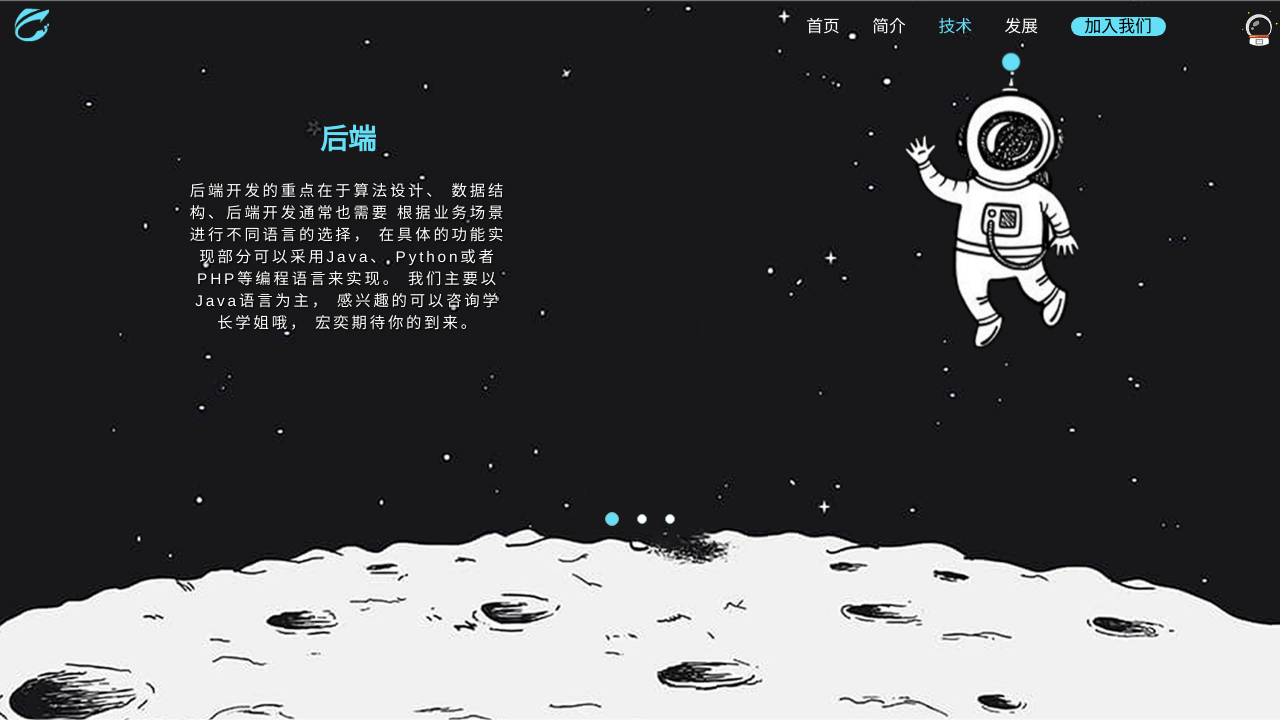
Repository: Homyit20/website
Page: /#/technique
These files come from the project's save history. The page is drawn as it stood at one moment and after the next save; the edit follows.
The browser window is 1280 px wide. The pictures show the whole page.
The project was rebuilt for these pictures with package versions that can differ from the ones it lists, and the page was loaded fresh each time. Also part of the build but not shown: vue.config.js.

Above is the page before, as saved 2021-08-10 22:01:15.

### public/index.html
<!DOCTYPE html>
<html lang="">
  <head>
    <meta charset="utf-8">
    <meta http-equiv="X-UA-Compatible" content="IE=edge">
    <meta name="viewport" content="width=device-width,initial-scale=1.0">
    <link rel="icon" href="<%= BASE_URL %>favicon.ico">
    <!-- <title><%= htmlWebpackPlugin.options.title %></title> -->
    <title><%= htmlWebpackPlugin.options.title %></title>
    <style>
      *{
        cursor: url("火箭.ico"),auto;
      }
      .body{
        overflow-x: hidden;
      }
    </style>
  </head>
  <body class="body">
    <noscript>
      <strong>We're sorry but <%= htmlWebpackPlugin.options.title %> doesn't work properly without JavaScript enabled. Please enable it to continue.</strong>
    </noscript>
    <div id="app"></div>
    <!-- built files will be auto injected -->
  </body>
</html>

### src/main.js
import Vue from 'vue'
import App from './App.vue'
import router from './router'
import store from './store'
// import VueCookies from 'vue-cookies'
// import axios from 'axios'
// import VueAxios from 'vue-axios'
import 'animate.css/animate.min.css'
// Vue.use(VueCookies)
// Vue.use(VueAxios, axios);

Vue.config.productionTip = false

new Vue({
  router,
  store,
  render: h => h(App),
}).$mount('#app')

//报名成功或者已报名才可进入二维码页面
router.beforeEach((to, from, next) => {
  //路由导航
  if (to.meta.islogin) {

    if (store.state.success == 1) {
      next()
    } else {
      next({
        path: from.path
      })
    }
  } else {

    if (to.meta.islogin) {
      if (store.state.success == 1) {
        next()
      } else {
        next({
          path: from.path
        })
      }
    } else {
      next()
    }
  }
})
window.onload = function(){
  document.title = "HOMYIT STUDIO"
}

### src/App.vue
<template>
  <div id="app">
    <router-view></router-view>
  </div>
</template>

<script>
// import NavBar from "./components/enter/enter.vue"
export default {
  name: "App"
};
</script>

<style>
* {
  margin: 0;
  padding: 0;
  box-sizing: border-box;
}
html {
  font-size: 14px;
}
#app {
  font-family: Avenir, Helvetica, Arial, sans-serif;
}
</style>

### src/store/index.js
import Vue from 'vue'
import Vuex from 'vuex'

Vue.use(Vuex)

const store = new Vuex.Store({
    state : {
        success : 0,
        isnav : false
    },
    mutations : {
        judge(state){
            state.success = 1
        }
    }
})

export default store;

### src/views/technique.vue
<template>
    <div class="tech-contain">
        <NavBar></NavBar>
        <img class="tech-background" src="../assets/techlogin/images/背景.png">
        <div class="tech-content">
            <div class="tech-box" @touchstart.passive="touchstartdeal">
              <ul class="tech-list">
                <li class="after-details">
                    <div class="tech-after-text tech-text">
                        <h1>后端</h1>
                        <p>
                            后端开发的重点在于算法设计、
                            数据结构、后端开发通常也需要
                            根据业务场景进行不同语言的选择，
                            在具体的功能实现部分可以采用Java、
                            Python或者PHP等编程语言来实现。
                            我们主要以Java语言为主，
                            感兴趣的可以咨询学长学姐哦，
                            宏奕期待你的到来。
                        </p>
                    </div>
                    <div class="tech-after-people">
                        <img src="../assets/techlogin/images/宇航员1.png" class="tech-people">
                    </div>
                </li>
                <li class="before-details">
                    <div class="tech-before-people">
                        <img src="../assets/techlogin/images/宇航员2_03.png" class="tech-people">
                    </div>
                    <div class="tech-before-text tech-text">
                        <h1>前端</h1>
                        <p>
                            前端主要使用 HTML、CSS、JavaScript等
                            专业技能和工具将产品UI设计稿实现成
                            网站产品，涵盖用户PC端、移动端网页
                            处理视觉和交互问题。前端工程师也是
                            互联网时代软件产品研发中不可缺少的
                            一种专业研发角色,快来宏奕学习前端吧。
                        </p>
                    </div>
                </li>
                <li class="ui-details">
                    <div class="tech-ui-text tech-text">
                        <h1>UI</h1>
                        <p>
                            UI负责软件界面的美术设计、创意工作
                            和制作工作；根据各种相关软件的用户群，
                            提出构思新颖有高度吸引力的创意设计；
                            对软件人机交互、操作逻辑、界面美观进行
                            整体设计。UI设计可以让软件变得有个性有品味。
                            快来加入宏奕,让我们一起设计出奇妙又美观的页面吧，
                        </p>
                    </div>
                    <div class="tech-ui-people">
                        <img src="../assets/techlogin/images/宇航员3_03.png" class="tech-people">
                    </div>
                </li>
              </ul>
            </div>
            <div class="tech-slide"><img src="../assets/techlogin/images/滑动.png"></div>
            <ul class="tech-select-list">
                <li class="tech-select-circle tech-select-active" @click='scroll(0)'></li>
                <li class="tech-select-circle" @click='scroll(1)'></li>
                <li class="tech-select-circle" @click='scroll(2)'></li>
            </ul>
        </div>
    </div>
</template>

<script>
  import NavBar from '../components/common/nav.vue'
  let before = 0;
  let after = 0;
  let techtime = null;
  let touchvalue = 0;

  //禁止下拉刷新
  document.body.addEventListener('touchmove', function(e){
      e.preventDefault();
  }, {passive : false})
  export default {
    name : 'Technique',
    data(){
        return {
            techmove : 40
        }
    },
    components : {
        NavBar
    },
    //挂载变量以便对象使用
    created(){
        this.touchdata = {
            touchstartX : null,
            touchstartY : null,
            touchmoveX : null,
            touchmoveY : null,
            touchscrollX : null,
            touchscroolY : null,
            touchdirection : null
        }
    },
    mounted(){
        // 重新进入此组件后 让after before为0
        before = 0;
        after = 0;
    },
    methods:{
        //轮播图制作
        scroll(value){
            before = after;
            after = value;
            let techniqueul = document.getElementsByClassName('tech-list')[0];
            let techniquebox = document.getElementsByClassName('after-details')[0];
            let techniquewidth = techniquebox.offsetWidth;
            let techniqueli = document.getElementsByClassName('tech-select-circle');
            //根据屏幕大小调节移动距离
            if(techniquewidth >= 800){
                this.techmove = 20;
            }else{
                this.techmove = 4;
            }

            //改变圆圈的样式
            techniqueli[before].classList.remove('tech-select-active');
            techniqueli[after].classList.add('tech-select-active');

            //控制内容的轮播
            clearInterval(techtime);
            techtime = setInterval(() =>{
                if(after > before){
                    if(techniqueul.offsetLeft <= -techniquewidth*value + this.techmove){
                        clearInterval(techtime);
                    }
                    techniqueul.style.left = techniqueul.offsetLeft - this.techmove + 'px';
                }else if(before == after){
                    techniqueul.style.left = -techniquebox.offsetWidth*value + 'px';
                     clearInterval(techtime);
                }
                else{
                      if(techniqueul.offsetLeft >= -techniquewidth*value -this.techmove){
                        clearInterval(techtime);
                      }
                      techniqueul.style.left = techniqueul.offsetLeft + this.techmove + 'px';
                }
            },3)

            //屏幕缩放
            window.onresize = function(){
                let techniquewidth = techniquebox.offsetWidth;
                techniqueul.style.left = -techniquewidth*value + 'px';
                if(techniquewidth >= 800){
                    this.techmove = 20;
                }else{
                    this.techmove = 4;
                }
            }
        },
        //移动端手指滑动效果制作
        touchstartdeal(e){
            let techniqueul = document.getElementsByClassName('tech-list')[0];
            //啥叫第一个touches?
            let touchstart = e.targetTouches[0];
            this.touchstartX = touchstart.clientX;
            this.touchstartY = touchstart.clientY;
            //监听touchmove touchend
            techniqueul.addEventListener('touchmove', this.touchmovedeal,false);
            techniqueul.addEventListener('touchend', this.touchenddeal, false);
        },
        touchmovedeal(event){
            //当屏幕有多个touch或者页面被缩放过，就不执行move操作
            let techniquebox = document.getElementsByClassName('after-details')[0];
            let techniquewidth = techniquebox.offsetWidth;
            if (event.targetTouches.length > 1 || event.scale && event.scale !== 1) return;
            let techniqueul = document.getElementsByClassName('tech-list')[0];
            let touchmove = event.targetTouches[0];
            this.touchmoveX = touchmove.clientX;
            this.touchmoveY = touchmove.clientY;
            this.touchscrollX = this.touchmoveX - this.touchstartX;
            this.touchscrollY = this.touchmoveY - this.touchstartY;
            this.touchdirection = Math.abs(this.touchscrollX) > Math.abs(this.touchscrollY) ? 1 : 0;
            //竖滑阻止默认事件
           //需要判断是否事件可以被取消
            if(this.touchdirection == 0 && event.cancelable){
                event.preventDefault()
                techniqueul.style.left = -techniquewidth*touchvalue + 'px';
                //默认事件是滚动
            }
            techniqueul.style.left = techniqueul.offsetLeft + this.touchscrollX + 'px';
        },
        touchenddeal(){
            let techniqueul = document.getElementsByClassName('tech-list')[0];
            let techniquebox = document.getElementsByClassName('after-details')[0];
            let techniquewidth = techniquebox.offsetWidth;
            let techniqueli = document.getElementsByClassName('tech-select-circle');
            if(this.touchscrollX < 0){
                //小于20滑动
                if(this.touchscrollX < -30){
                    //touchvalue值改变之前，移除前一个圈圈的样式，同步before
                    touchvalue = after
                    techniqueli[touchvalue].classList.remove('tech-select-active');
                    before = touchvalue;
                    touchvalue++;
                    techniqueul.style.left = -techniquewidth*touchvalue + 'px';
                    if(touchvalue > 2){
                        touchvalue = 0;
                        techniqueul.style.left = -techniquewidth*touchvalue + 'px';
                    }
                    techniqueli[touchvalue].classList.add('tech-select-active');
                    //同步网页端小圆圈和轮播
                    after = touchvalue;
                    techniqueli[before].classList.remove('tech-select-active');
                    techniqueli[after].classList.add('tech-select-active');
                    window.onresize = function(){
                    let techniquewidth = techniquebox.offsetWidth;
                    techniqueul.style.left = -techniquewidth*after + 'px';
                    }
                    //清除数据残留
                    this.touchscrollX = 0;
                }else{
                    techniqueul.style.left = -techniquewidth*touchvalue + 'px';
                }
            }
            if(this.touchscrollX > 0 ){
                //大于20滑动
                if(this.touchscrollX > 30){
                    //点完后滑动后 touch value before同步
                    touchvalue = after
                    techniqueli[touchvalue].classList.remove('tech-select-active');
                    before = touchvalue;
                    touchvalue--;
                    techniqueul.style.left = -techniquewidth*touchvalue + 'px';
                    if(touchvalue < 0){
                        touchvalue = 2;
                        techniqueul.style.left = -techniquewidth*touchvalue + 'px';
                    }
                    techniqueli[touchvalue].classList.add('tech-select-active');
                    //after与圆圈样式 移动位置同步
                    after = touchvalue;
                    techniqueli[before].classList.remove('tech-select-active');
                    techniqueli[after].classList.add('tech-select-active');
                    window.onresize = function(){
                    let techniquewidth = techniquebox.offsetWidth;
                    techniqueul.style.left = -techniquewidth*after + 'px';
                    }
                    //清除数据残留
                    this.touchscrollX = 0;
                }else{
                    techniqueul.style.left = -techniquewidth*touchvalue + 'px';
                }
                //取消监听 放在其他页面滑动造成连动效果
                techniqueul.removeEventListener('touchmove', this.touchmovedeal,false);
                techniqueul.removeEventListener('touchend', this.touchenddeal, false);
            }
        }
    }
}
</script>

<style>
  /* 背景设置 */
  .tech-contain .tech-background{
      position: absolute;
       top: 0;
      width: 100vw;
      height: 100%;
      object-fit: cover;
      z-index: -100;
    }


  .tech-contain .tech-content{
      width: 100vw;
      height: 100vh;
      display: flex;
      flex-direction: column;
      align-items: center;
    }

    /* 介绍部分 */
    /* 没有这个盒子包裹 怎么ul回跑呢 */
    .tech-box{
        position: relative;
        width: 100vw;
        min-height: 30rem;
        overflow: hidden;
        top: 2vh;
    }
    .tech-slide{
        position: absolute;
        bottom: 25vh;
        right: 0;
        display: none;
    }
  .tech-content .tech-list{
      position: absolute;
      left: 0;
      display: flex;
      align-items: center;
      justify-content: flex-start;
      width: 350rem;
      height: 100%;
      margin: 0;
      padding: 0;
  }

  /* 字体统一设置 */
  .tech-list h1{
      text-align: center;
      color: #65dff5;
  }
  .tech-list  p{
      padding-top: 1.5rem;
      text-align: center;
      color: #fff;
      font-size: 1.1rem;
      letter-spacing: 0.2rem;
      text-shadow: 1px 1px 2px #000;
  }

    /* 移动端响应式 */

    @media screen and (max-width : 500px) {
        .tech-box{
          top: 8vh;
    }
        .after-details,
        .before-details,
        .ui-details{
            display: flex;
            flex-direction: column;
            align-items: center;
            width: 100vw;
        }
        .tech-list p {
            font-size: 0.9rem;
        }
        .tech-people{
            width: 10rem;
        }
        .tech-contain .tech-content .tech-select-list{
            position: absolute;
            bottom: 20vh;
        }
        .tech-slide{
            display: block;
        }
    }

  /* 后端部分 */

 .tech-list .after-details{
      display: flex;
      justify-content: space-around;
      align-items: center;
      width: 100vw;
      height: 100%;
  }
  .after-details .tech-after-text{
      width: 23rem;
      /* background-color: green; */
  }
  .after-details .tech-after-people img{
      max-width: 15rem;
      animation: animate 2s infinite ease-in-out;
  }



   /* 前端部分 */
  .tech-list .before-details{
      display: flex;
      justify-content: space-around;
      align-items: center;
      width: 100vw;
      height: 100%;
  }
    .before-details .tech-before-text{
      width: 23rem;
      /* background-color: green; */
    }
    .before-details .tech-before-people img{
      max-width: 15rem;
      animation: animate 2s infinite ease-in-out;
    }

    /* ui部分 */
    .tech-list .ui-details{
      display: flex;
      justify-content: space-around;
      align-items: center;
      width: 100vw;
      height: 100%;
  }
    .ui-details .tech-ui-text{
      width: 23rem;
      /* background-color: green; */
    }
    .ui-details .tech-ui-people img{
      max-width: 15rem;
      animation: animate 2s infinite ease-in-out;
    }

     /* 动画效果 */

     @keyframes animate{
         0%{
             transform: translateY(1rem);
         }
         50%{
             transform: translateY(-1.1rem);
         }
         100%{
             transform: translateY(1rem);
         }
     }
    /* 小圈圈 */
    .tech-content .tech-select-list{
        position: absolute;
        bottom: 27vh;
        width: 5rem;
        display: flex;
        justify-content: space-between;
        align-items: center;
        list-style: none;
        margin: 0;
        padding: 0;
    }
    /* 当屏幕大于1500px时 */
    @media screen and (min-width : 1500px){
       .tech-box{
            top: 4rem;
        }
        .tech-box .tech-text{
            width: 32rem;
        }
        .tech-list p {
            font-size: 1.5rem;
        }
        .tech-people{
            width: 18rem;
        }
        .tech-select-list .tech-select-circle{
           width: 1rem;
           height: 1rem;
           border-radius: 50%;
           background-color: #fff;
           border: 1px solid #8da7a9;
        }
        .tech-select-list .tech-select-active{
           width: 1.4rem;
           height: 1.4rem;
           border-radius: 50%;
           background-color: #65dff5;
           border: 1px solid #8da7a9;
        }
    }
        .tech-select-circle{
          width: 0.7rem;
          height: 0.7rem;
          border-radius: 50%;
          background-color: #fff;
          border: 1px solid #8da7a9;
        }
        .tech-select-active{
           width: 1rem;
           height: 1rem;
           border-radius: 50%;
           background-color: #65dff5;
           border: 1px solid #8da7a9;
        }

    /* 改变placeholder的颜色 */

  ::-webkit-input-placeholder { /* WebKit browsers */
      color: rgb(156, 154, 154);
  }

  ::-moz-placeholder { /* Mozilla Firefox 19+ */
    color: rgb(156, 154, 154);
  }

  :-ms-input-placeholder { /* Internet Explorer 10+ */
    color: rgb(156, 154, 154);
  }
</style>

### src/components/common/nav.vue
<template>
  <div class="nav">
    <div class="nav-logo" @click="toHome">
      <img src="../../assets/techlogin/images/logo_03.png"/>
    </div>
    <div class="nav-list">
      <ul class="nav-list-ul">
        <li>
          <router-link
            to="/home"
            class="nav-link-class"
            active-class="nav-link-active"
            >首页</router-link
          >
        </li>
        <li>
          <router-link
            to="/background"
            class="nav-link-class"
            active-class="nav-link-active"
            >简介</router-link
          >
        </li>
        <li>
          <router-link
            to="/technique"
            class="nav-link-class"
            active-class="nav-link-active"
            >技术</router-link
          >
        </li>
        <li>
          <router-link
            to="/develop"
            class="nav-link-class"
            active-class="nav-link-active"
            >发展</router-link
          >
        </li>
        <li>
          <router-link
            to="/login"
            class="nav-link-class nav-link-login"
            active-class="nav-join-class"
            >加入我们</router-link
          >
        </li>
      </ul>
      <div class="nav-list-img">
        <img src="../../assets/techlogin/images/小宇航员_07.png" />
      </div>
    </div>
  </div>
</template>

<script>
export default {
  name: "navbar",
  methods : {
    toHome(){
      if(this.$route.path != '/home'){
        this.$router.push({
          path : '/home'
        })
      }
    }
  }
};
</script>

<style>
.nav {
  position: absolute;
  top: 0;
  z-index: 100;
  display: flex;
  justify-content: space-between;
  align-items: center;
  width: 100vw;
  height: 3.5rem;
}
.nav-logo img {
  width: 2.5rem;
  height: 2.5rem;
  margin-top: 0.25rem;
  margin-left: 1rem;
  object-fit: cover;
}
.nav .nav-list {
  display: flex;
  justify-content: space-between;
  align-items: center;
  width: 35rem;
}
.nav-list .nav-list-ul {
  width: 80%;
  height: 100%;
  display: flex;
  align-items: center;
  justify-content: space-around;
  list-style: none;
  font-size: 1.2rem;
  color: #fff;
}
.nav-link-class {
  color: #fff;
  text-decoration: none;
}
.nav-link-active {
  color: #65dff5;
}
.nav-list-img {
  width: 3rem;
  height: 3rem;
  display: flex;
  flex-direction: column;
  position: relative;
}
.nav-list .nav-list-img img {
  width: 3rem;
  height: 3rem;
  display: flex;
  flex-direction: column;
  position: relative;
}
.nav-list .nav-list-img img {
  width: 3rem;
  height: 3rem;
  object-fit: cover;
}

/* img响应式 */
@media screen and (max-width: 500px) {
  .nav .nav-list {
    display: flex;
    justify-content: space-around;
    align-items: center;
    width: 23rem;
  }
  .nav .nav-list .nav-list-ul {
    width: 100%;
  }
  .nav-logo img {
    width: 2rem;
    height: 2rem;
    object-fit: cover;
  }
  .nav .nav-list .nav-list-img {
    display: none;
  }
  .nav .nav-list .nav-list-img img {
    display: none;
  }
  .nav .nav-link-login {
    padding: 0 0.5rem;
  }
}
.nav-link-login {
  color: #000;
  padding: 0 1rem;
  background-color: #65dff5;
  border-radius: 1rem;
}
.nav-join-class{
  box-shadow: 1px 1px 8px #fff;
}
</style>

Loaded but not shown: src/router/index.js (79 lines, source omitted)

After the next save:
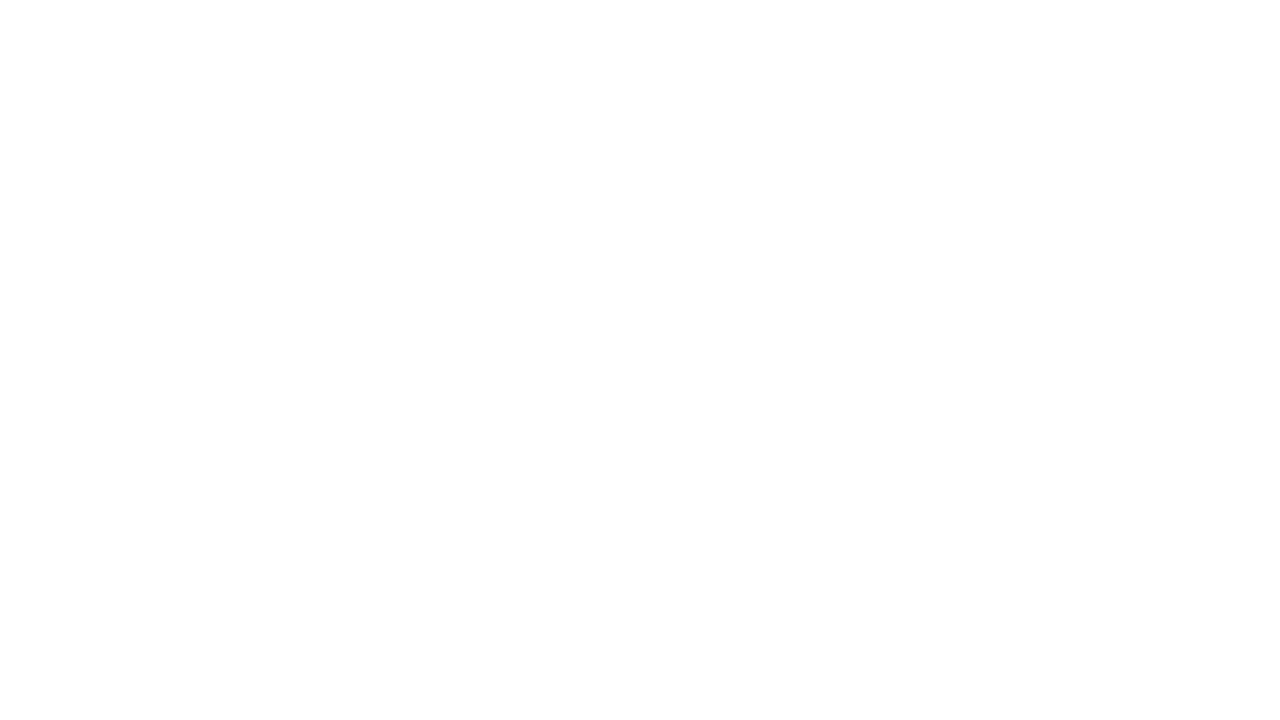
Saved 22 min 11 s later.
--- a/src/views/technique.vue
+++ b/src/views/technique.vue
@@ -73,9 +73,10 @@
   let after = 0;
   let techtime = null;
   let touchvalue = 0;
+  let techniquecontain = document.getElementsByClassName('tech-contain')[0];
 
   //禁止下拉刷新
-  document.body.addEventListener('touchmove', function(e){
+  techniquecontain.addEventListener('touchmove', function(e){
       e.preventDefault();
   }, {passive : false})
   export default {

After the save that followed:
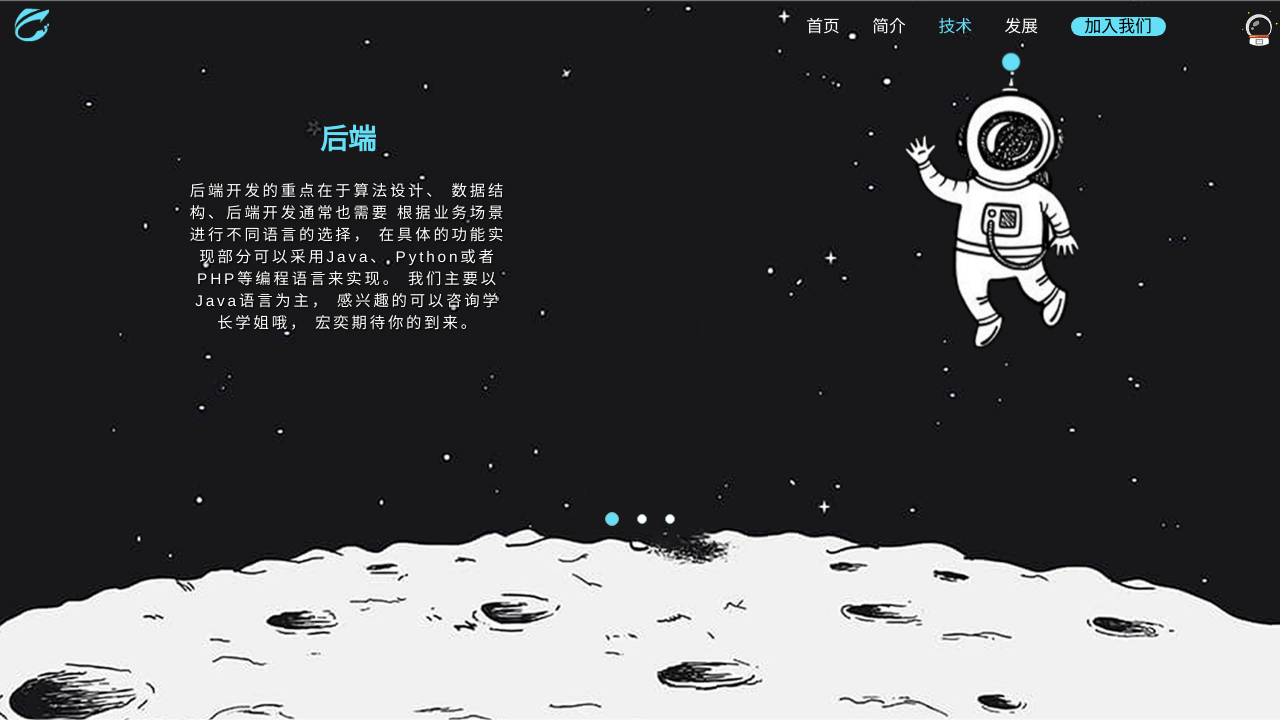
Saved 5 min 11 s later.
--- a/src/views/technique.vue
+++ b/src/views/technique.vue
@@ -73,10 +73,9 @@
   let after = 0;
   let techtime = null;
   let touchvalue = 0;
-  let techniquecontain = document.getElementsByClassName('tech-contain')[0];
 
   //禁止下拉刷新
-  techniquecontain.addEventListener('touchmove', function(e){
+  document.body.addEventListener('touchmove', function(e){
       e.preventDefault();
   }, {passive : false})
   export default {
